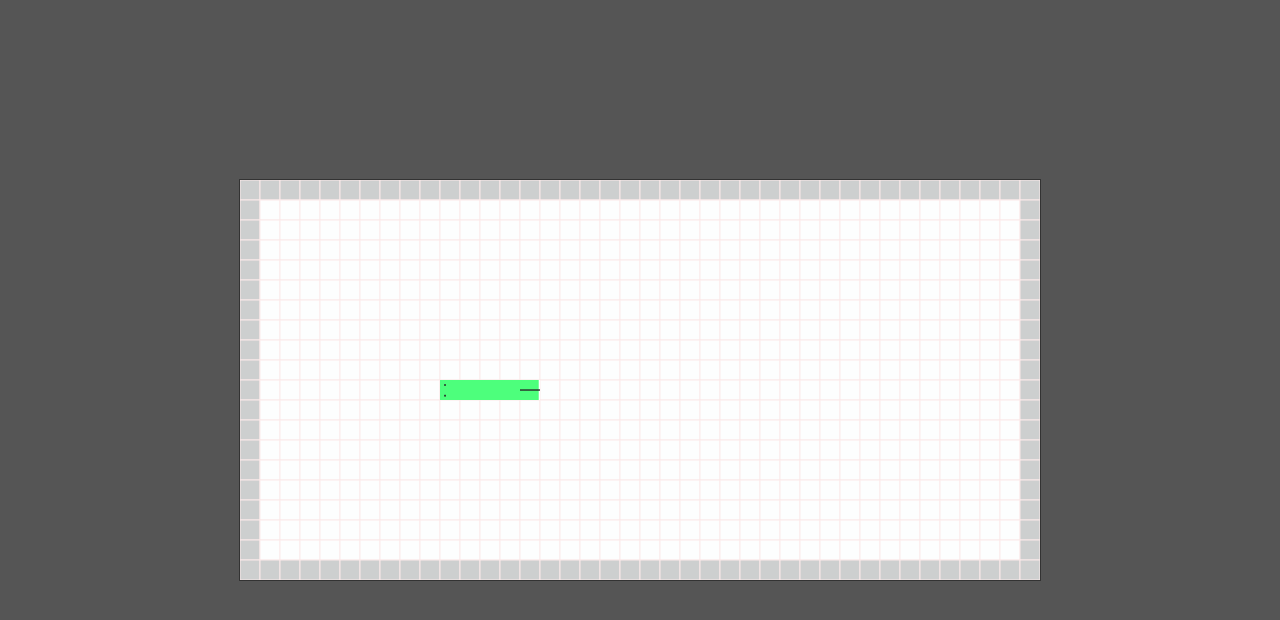
Repository: newstar456/Snake-Game
Page: /
An editor plug-in stored every save of this project. The page is shown before and after the next save, followed by the edit.
The browser window is 1280 px wide. The pictures show the whole page.
The project was rebuilt for these pictures with package versions that can differ from the ones it lists, and the page was loaded fresh each time. The framework's server and built-in components were replaced by stand-ins that run in the browser. Also part of the build but not shown: next.config.ts.

Above is the page before, as saved 2025-06-07 12:21:42.

### src/app/page.tsx
import GameBoard from '@components/GameBoard';

export default function Home() {
  return (
    <main className="min-h-screen flex items-center justify-center">
      <GameBoard />
    </main>
  );
}

### src/components/GameBoard.tsx
'use client'

import { useEffect, useRef } from 'react';
import GameField from '@lib/GameField';
import Snake from '@lib/Snake';

const GameBoard = () => {
  const canvasRef = useRef<HTMLCanvasElement>(null);
  const fieldRef = useRef<GameField>();
  const snakeRef = useRef<Snake>();
  const cellSize = 20;

  useEffect(() => {

    const canvas = canvasRef.current;
    const ctx = canvas?.getContext("2d");
    if (!canvas || !ctx) return;

    fieldRef.current = new GameField();
    const startX = Math.floor(40 / 2);
    const startY = Math.floor(20 / 2);
    snakeRef.current = new Snake(startX, startY, cellSize);

    const render = () => {
      ctx.clearRect(0, 0, canvas.width, canvas.height);
      fieldRef.current?.draw(ctx);
      snakeRef.current?.draw(ctx);
    };

    const loop = () => {

      snakeRef.current?.move();
              // debugger;
      render();
    };

    const interval = setInterval(loop, 500);

    const handleKeyDown = (e: KeyboardEvent) => {
      const snake = snakeRef.current;
      if (!snake) return;

      switch (e.key) {
        case 'ArrowUp':
          snake.setDirection('up');
          break;
        case 'ArrowDown':
          snake.setDirection('down');
          break;
        case 'ArrowLeft':
          snake.setDirection('left');
          break;
        case 'ArrowRight':
          snake.setDirection('right');
          break;
      }
    };

    window.addEventListener('keydown', handleKeyDown);

    return () => {
      clearInterval(interval);
      window.removeEventListener('keydown', handleKeyDown);
    };

  }, []);

  return (
    <div className="flex justify-center mt-10">
      <canvas
        ref={canvasRef}
        width={800}
        height={400}
        style={{ border: "1px solid #333" }}
      />
    </div>
  );
};

export default GameBoard;

### src/lib/GameField.ts
import GameCell from './GameCell';

export default class GameField {
  cells: GameCell[][] = [];
  cols: number = 40;
  rows: number = 20;
  cellSize: number = 20;

  constructor() {
    this.initializeField();
  }

  initializeField() {
    for (let y = 0; y < 20; y++) {
      const row: GameCell[] = [];
      for (let x = 0; x < this.cols; x++) {
        const isBorder = x === 0 || y === 0 || x === this.cols - 1 || y === this.rows - 1;
        const cell = new GameCell(x * this.cellSize, y * this.cellSize, !isBorder);
        row.push(cell);
      }
      this.cells.push(row);
    }
  }

  draw(context: CanvasRenderingContext2D) {
    for (const row of this.cells) {
      for (const cell of row) {
        cell.draw(context);
      }
    }
  }
}

### src/lib/Snake.ts
import SnakeSegment from './SnakeSegment';

export default class Snake {
  segments: SnakeSegment[] = [];
  direction: 'up' | 'down' | 'left' | 'right' = 'left';
  cellSize: number;

  constructor(startX: number, startY: number, cellSize: number) {
    this.cellSize = cellSize;

    for (let i = 0; i < 5; i++) {
      const type = i === 0 ? 'head' : (i === 4 ? 'tail' : 'body');
      const segment = new SnakeSegment(startX + i, startY, type, this.direction);
      this.segments.push(segment);
    }
  }

  move() {
    const head = this.segments[0];
    const newHead = new SnakeSegment(head.x, head.y, 'head', this.direction);

    switch (this.direction) {
      case 'up':
        newHead.y -= 1;
        break;
      case 'down':
        newHead.y += 1;
        break;
      case 'left':
        newHead.x -= 1;
        break;
      case 'right':
        newHead.x += 1;
        break;
    }

    // Update current head to body
    this.segments[0].type = 'body';

    // Save last tail position
    const tail = this.segments[this.segments.length - 1];
    tail.lastTailPosition = { x: tail.x, y: tail.y };

    // Remove tail, insert new head
    this.segments.pop();
    this.segments.unshift(newHead);

    // Update tail marker
    this.segments[this.segments.length - 1].type = 'tail';
  }

  draw(ctx: CanvasRenderingContext2D) {
    for (const segment of this.segments) {
      segment.draw(ctx, this.cellSize);
    }
  }

  setDirection(newDirection: 'up' | 'down' | 'left' | 'right') {
    // Prevent reversal
    if (
      (this.direction === 'left' && newDirection === 'right') ||
      (this.direction === 'right' && newDirection === 'left') ||
      (this.direction === 'up' && newDirection === 'down') ||
      (this.direction === 'down' && newDirection === 'up')
    ) {
      return;
    }

    this.direction = newDirection;
  }
}

### src/lib/GameCell.ts
export default class GameCell {
  x: number;
  y: number;
  isWalkable: boolean;

  constructor(x: number, y: number, isWalkable: boolean) {
    this.x = x;
    this.y = y;
    this.isWalkable = isWalkable;
  }

  draw(context: CanvasRenderingContext2D) {
    context.fillStyle = this.isWalkable ? "#FDFEFE" : "#CDCFCF";
    context.fillRect(this.x, this.y, 20, 20);
    context.strokeStyle = "#FBEAEA";
    context.strokeRect(this.x, this.y, 20, 20);
  }
}

### src/lib/SnakeSegment.ts
import { preloadImage, getImage } from './ImageLoader';
export type SegmentType = 'head' | 'body' | 'tail';

export default class SnakeSegment {
  x: number;
  y: number;
  type: SegmentType;
  direction: 'up' | 'down' | 'left' | 'right';
  lastTailPosition?: { x: number; y: number };

  constructor(x: number, y: number, type: SegmentType, direction: 'up' | 'down' | 'left' | 'right') {
    this.x = x;
    this.y = y;
    this.type = type;
    this.direction = direction;
    this.lastTailPosition = { x, y };
  }

  getImageSrc():string{
    if (this.type === 'body') return '/assets/snake/body.png';
    return `/assets/snake/${this.type}-${this.direction}.png`;
  }

  draw(ctx: CanvasRenderingContext2D, size: number) {
    const src = this.getImageSrc();
    const img = preloadImage(src);
    img.onload = () => {
      ctx.drawImage(img, this.x * size, this.y * size, size, size);
    };
    if (img.complete) {
      ctx.drawImage(img, this.x * size, this.y * size, size, size);
    }
  }
}

### src/lib/ImageLoader.ts
const images: Record<string, HTMLImageElement> = {};

export function preloadImage(src: string) {
  if (images[src]) return images[src];

  const img = new Image();
  img.src = src;
  images[src] = img;
  return img;
}

export function getImage(src: string): HTMLImageElement | undefined {
  return images[src];
}

Loaded but not shown: src/app/layout.tsx (common file); src/app/globals.css (common file); tailwind.config.ts (common file)

After the next save:
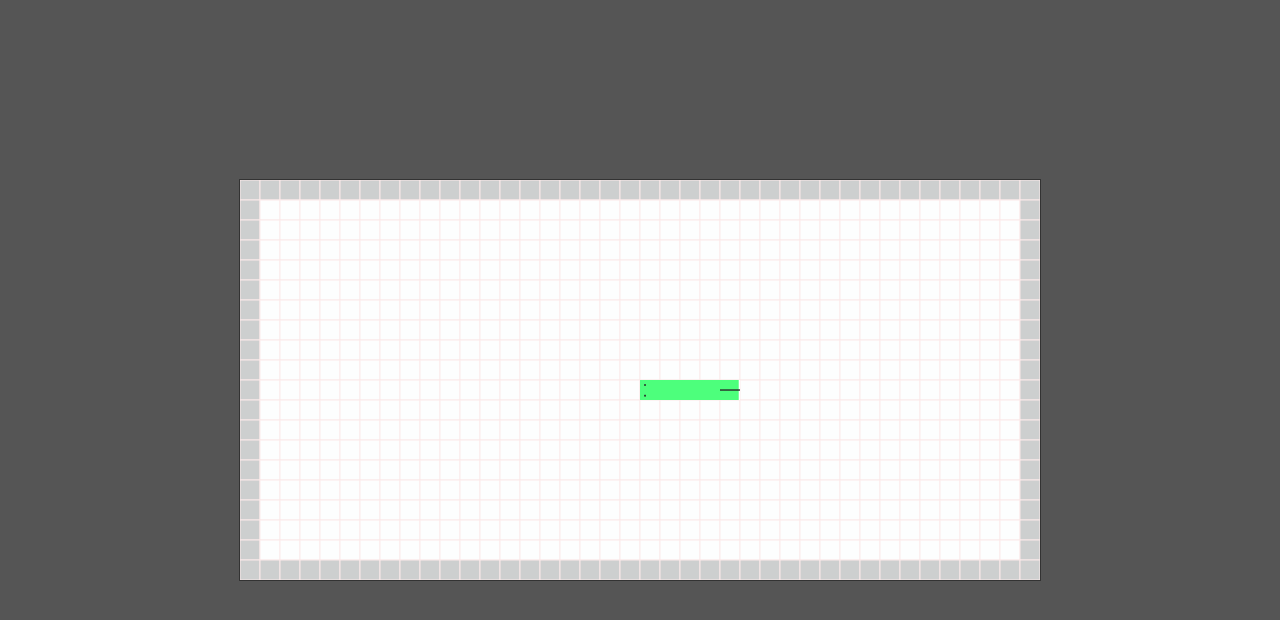
Saved 24 s later.
--- a/src/components/GameBoard.tsx
+++ b/src/components/GameBoard.tsx
@@ -29,7 +29,7 @@ const GameBoard = () => {
 
     const loop = () => {
 
-      snakeRef.current?.move();
+      // snakeRef.current?.move();
               // debugger;
       render();
     };
